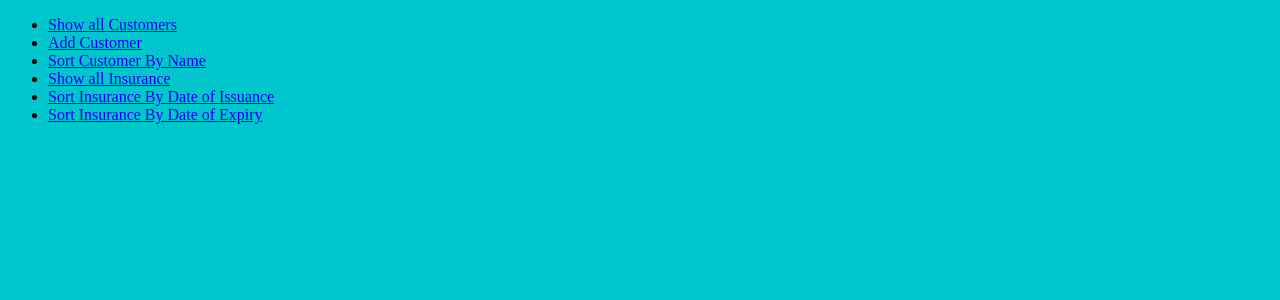
Repository: ankitasha/HomeProject
Page: http://localhost/insurance/WEB-INF/views/homepage.jsp
An editor plug-in stored every save of this project. The page is shown before and after the next save, followed by the edit.
The browser window is 1280 px wide. The pictures show the whole page.
The page is served by Tomcat 9. Nobody is signed in. The template is opened directly, without the code that normally fills it, so the values that code supplies are empty.

Above is the page before, as saved 2017-05-03 10:09:50.

After the next save:
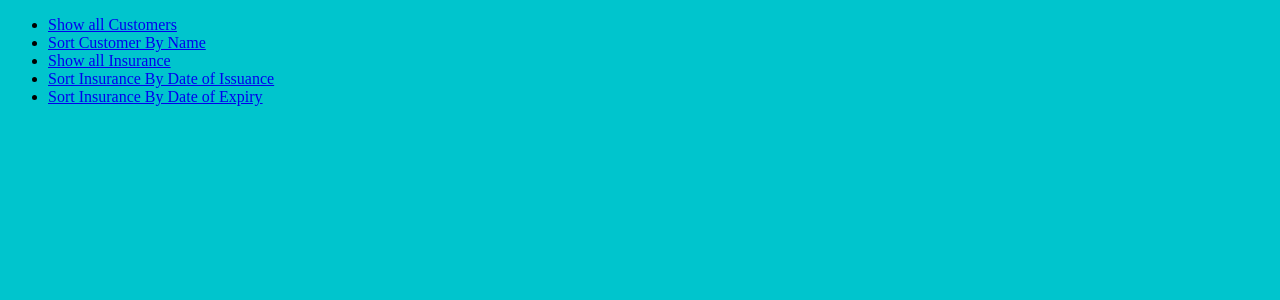
Saved 3 min 19 s later.
--- a/insurance/src/main/webapp/WEB-INF/views/homepage.jsp
+++ b/insurance/src/main/webapp/WEB-INF/views/homepage.jsp
@@ -27,7 +27,6 @@
 <body style="background-color: #00C5CD">
 <ul>
   <li><a href = "allcustomers">Show all Customers</a></li>
-  <li><a href = "addcustomer">Add Customer</a></li>
   <li><a href = "sortCustomerByName">Sort Customer By Name</a></li>
   <li><a href = "allinsurance">Show all Insurance</a></li>
   <li><a href = "sortInsuranceByDateOfIssuance">Sort Insurance By Date of Issuance</a></li>
